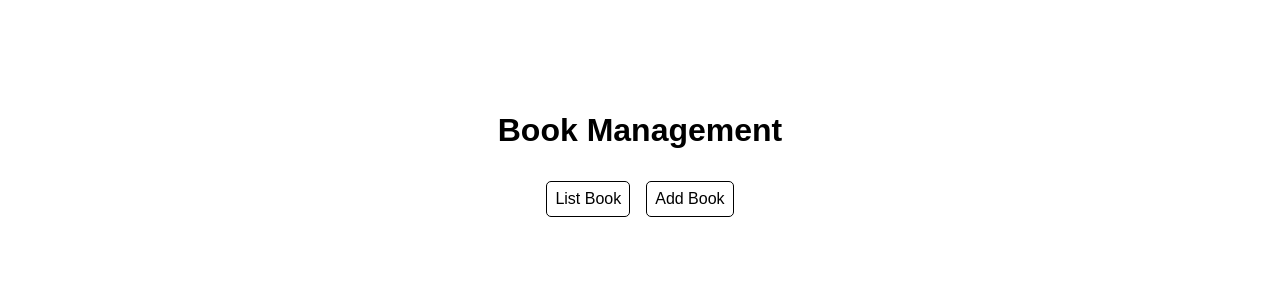
Repository: wakoya-tech/e-library-app1
Page: /
The author's editor kept a copy of each file at every save. The page is drawn from the files as they stood at one save, then again after the next save.
The browser window is 1280 px wide. The pictures show the whole page.
The project was rebuilt for these pictures with package versions that can differ from the ones it lists, and the page was loaded fresh each time. Also part of the build but not shown: vite.config.js.

Above is the page before, as saved 2025-10-10 12:16:21.

After the next save:
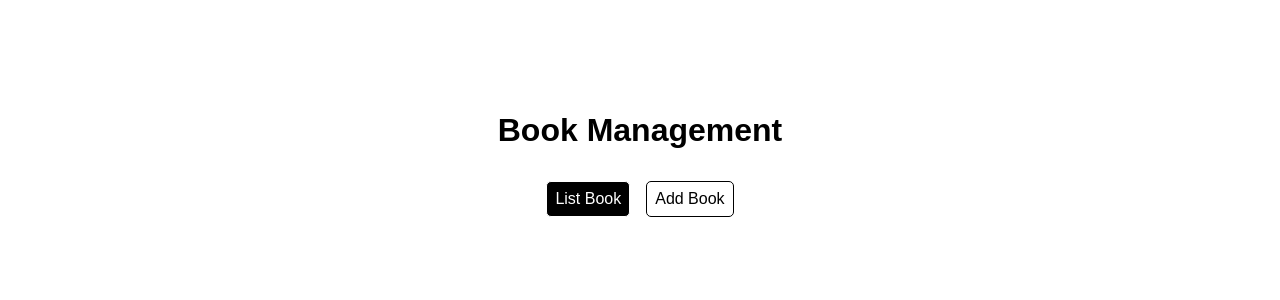
Saved 67 s later.
--- a/src/App.css
+++ b/src/App.css
@@ -28,3 +28,7 @@ header nav > a {
   border-radius: 5px;
   color: black;
 }
+header nav > .active{
+  background: black;
+  color: white;
+}
